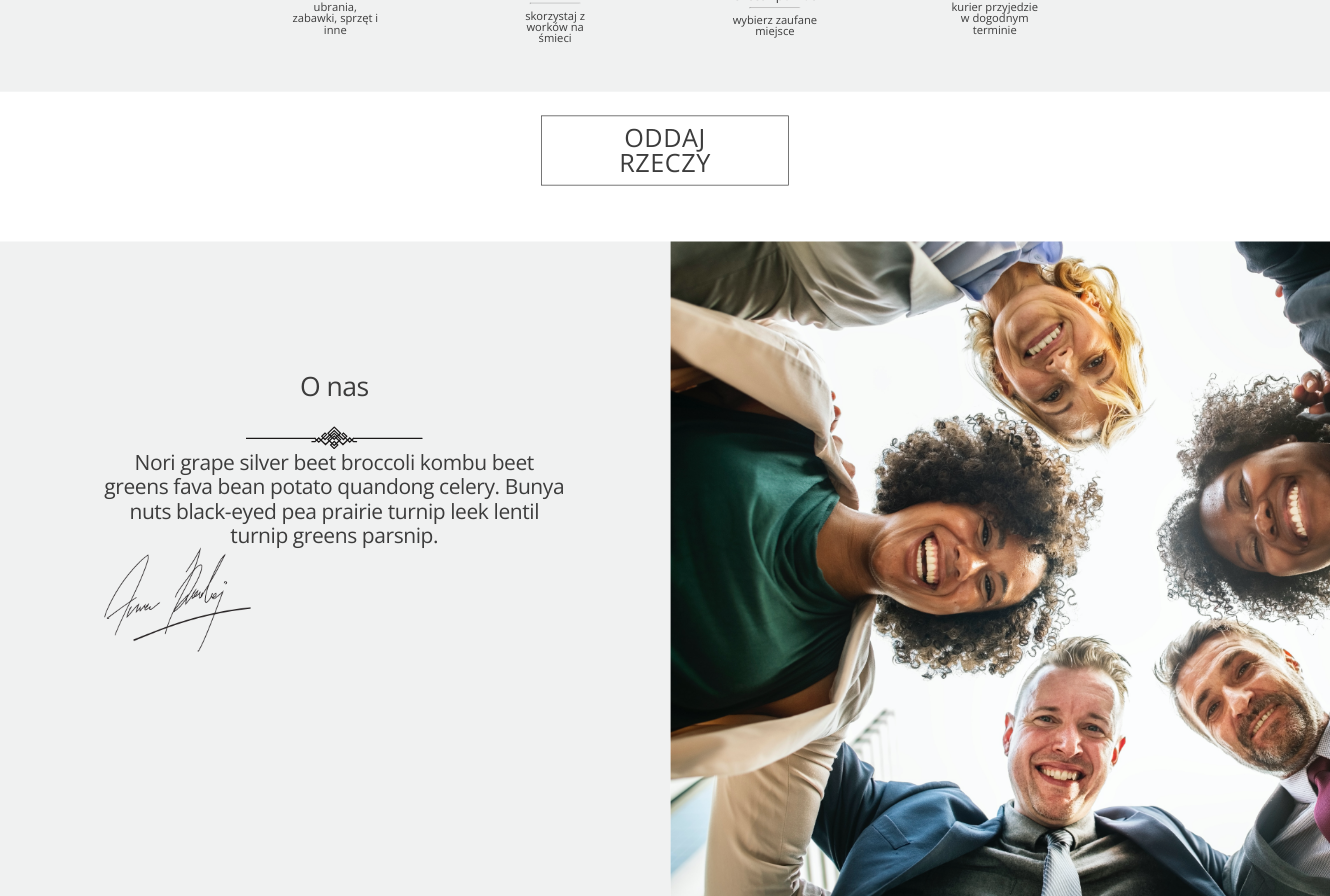
Repository: tomekwoojcik/oddam-w-dobre-rence
Page: /
These files come from the project's save history. The page is drawn as it stood at one moment and after the next save; the edit follows.
The browser window is 1280 px wide. The page is 1900 px wide, so the pictures cover 1900 px, including what lies to the right of the window. The pictures show the part of the page from y = 1720 to 3000 px (the page is 3000 px tall), at 70% of full size.
The project was rebuilt for these pictures with package versions that can differ from the ones it lists, and the page was loaded fresh each time. Also part of the build but not shown: src/pages/logIn/logIn.js, src/pages/register/register.js.

Above is the page before, as saved 2022-12-08 09:36:08.

### public/index.html
<!DOCTYPE html>
<html lang="en">
  <head>
    <meta charset="utf-8" />
    <link rel="icon" href="%PUBLIC_URL%/favicon.ico" />
    <meta name="viewport" content="width=device-width, initial-scale=1" />
    <meta name="theme-color" content="#000000" />
    <meta
      name="description"
      content="Web site created using create-react-app"
    />
    <link rel="apple-touch-icon" href="%PUBLIC_URL%/logo192.png" />
    <link rel="manifest" href="%PUBLIC_URL%/manifest.json" />
    <title>React App</title>
    <link rel="preconnect" href="https://fonts.googleapis.com">
    <link rel="preconnect" href="https://fonts.gstatic.com" crossorigin>
    <link
      href="https://fonts.googleapis.com/css2?family=Merriweather:ital,wght@0,300;0,400;0,700;0,900;1,300;1,400;1,700;1,900&family=Open+Sans:ital,wght@0,300;0,400;0,500;0,600;0,700;0,800;1,300;1,400;1,500;1,600;1,700;1,800&display=swap"
      rel="stylesheet">
  </head>
  <body>
    <div id="root"></div>
  </body>
</html>

### src/index.js
import React from 'react'
import ReactDOM from 'react-dom/client'
import './scss/main.scss'
import App from './App'
import reportWebVitals from './reportWebVitals'

const root = ReactDOM.createRoot(document.getElementById('root'))
root.render(
  <React.StrictMode>
    <App />
  </React.StrictMode>
)

// If you want to start measuring performance in your app, pass a function
// to log results (for example: reportWebVitals(console.log))
// or send to an analytics endpoint. Learn more: https://bit.ly/CRA-vitals
reportWebVitals()

### src/scss/main.scss
@import './reset';
@import './settings/colors';
@import './settings/fonts';
@import '../components/atoms/buttonsMenu/buttonsMenu';
@import '../components/molecules/navMenu/navMenu';
@import '../components/atoms/buttonsLoginLogout/buttonsLoginLogout';
@import '../components/molecules/navLoginLogout/navLoginLogout';
@import '../components/molecules/menu/menu';
@import '../components/atoms/photoInHeader/photoInHeader.scss';
@import '../components/organisms/header/header';
@import '../components/atoms/partTextInHeader/firstPartText';
@import '../components/molecules/rightPart/rightPart';
@import '../components/molecules/textInHeader/textInHeader';
@import '../components/atoms/decorationAssets/decorationAssets';
@import '../components/molecules/menuRightPartContext/menuRightPartContext';
@import '../components/atoms/buttonsInRightPartContext/buttonsInRightPartContext';
@import '../components/organisms/threeColumns/threeColumns';
@import '../pages/home/home';
@import '../components/molecules/oneColumn/oneColumn';
@import '../components/atoms/counterInColumn/counterInColumn';
@import '../components/atoms/titleInColumn/titleInColumn';
@import '../components/atoms/textInColumn/textInColumn';
@import '../components/atoms/simpleStepsTitle/simpleStepsTitle';
@import '../components/organisms/simpleSteps/simpleSteps';
@import '../components/atoms/simpleStepsColumn/simpleStepsColumn';
@import '../components/molecules/simpleStepsBar/simpleStepsBar';
@import '../components/organisms/aboutUsBar/aboutUsBar';

* {
    font-family: $font-base;
}

### src/App.js
/* eslint-disable react/react-in-jsx-scope */
import { Outlet, Route, Routes } from 'react-router'
import { BrowserRouter } from 'react-router-dom'
import Home from './pages/home/home'
import './App.css'
import LogIn from './pages/logIn/logIn'
import Register from './pages/register/register'

function App () {
  return (
    <div className="App">
      <Outlet />
      <BrowserRouter>
        <Routes>
          <Route path='/' element={<Home />} />
          <Route path='logowanie' element={<LogIn />} />
          <Route path='rejestracja' element={<Register />} />
        </Routes>

      </BrowserRouter>
    </div>
  )
}

export default App

### src/scss/settings/_colors.scss
$white-color: #F0F1F1;
$mustard-color: #5E5322;
$strong-yellow-color: #FAD648;
$grey-color: #737373;
$black-color: #3C3C3C;

### src/components/atoms/buttonsMenu/_buttonsMenu.scss
@import '../../../scss/settings/fonts';
@import '../../../scss/settings/colors';

.buttonItem {
    .button {
        font-size: 18px;
        padding: 9px 20px;
        color: $black-color;
        text-decoration: none;
        font-family: $font-base;
        border: 0.75px solid white;
    }

    .button:hover{
        border: 0.75px solid $black-color;
    }
}

### src/components/molecules/navMenu/_navMenu.scss
@import '../../../scss/settings/fonts';
@import '../../../scss/settings/colors';

.buttonList {
    margin-top: 10px;
    display: flex;
    flex-direction: row;
    justify-content: flex-end;
    margin-right: 142px;
}

### src/components/atoms/buttonsLoginLogout/_buttonsLoginLogout.scss
@import '../../../scss/settings/fonts';
@import '../../../scss/settings/colors';

.buttonMenuItems {
    .buttonMenu {
        font-family: $font-base;
        font-size: 14px;
        text-decoration: none;
        color: $grey-color;
        padding: 9px 10px;
        margin-left: 20px;
        border: 0.75px solid white;
    }

    .buttonMenu:hover{
        border-color: $strong-yellow-color;
    }
}

### src/components/molecules/navLoginLogout/_navLoginLogout.scss
.buttonMenuList{
    display: flex;
    flex-direction: row;
    justify-content: flex-end;
    margin-right: 142px;
    margin-bottom: 60px;
}

### src/components/molecules/menu/_menu.scss
.menu {
    width: 100%;
    margin-top: 37px;
    flex-direction: column;
}

### src/components/atoms/photoInHeader/_photoInHeader.scss
.photoHeader {
    width: 885px;
    height: 963px;
}

### src/components/organisms/header/_header.scss
.header {
    display: flex;
    flex-direction: row;
    width: 1758px;
}

### src/components/atoms/partTextInHeader/_firstPartText.scss
@import '../../../scss/settings/fonts';
@import '../../../scss/settings/colors';

.textInHeader{
    font-family: $font-base;
    font-size: 38px;
    margin-bottom: 10px;
}

### src/components/molecules/rightPart/_rightPart.scss
.rightPartHeader{
    display: flex;
    flex-direction: column;
}

### src/components/molecules/textInHeader/_textInHeader.scss
.textIn{
    margin-top: 210px;
}

### src/components/atoms/decorationAssets/_decorationAssets.scss
.decorationAssets {
    width: 253px;
    height: 33px;
    align-self: center;
    margin-top: 25px;
}

### src/components/molecules/menuRightPartContext/_menuRightPartContext.scss
.menuRightPartContext{
    display: flex;
    flex-direction: row;
    justify-content: center;
    margin-top: 65px;
}

### src/components/atoms/buttonsInRightPartContext/_buttonsInRightPartContext.scss
@import '../../../scss/settings/fonts';
@import '../../../scss/settings/colors';
@import '../../../scss/settings/otherVariables';

.buttonItemMenuContext {
    width: 250px;
    border: $border;
    padding: 13px 51px;

    .buttonMenuContext {

        text-transform: uppercase;
        text-decoration: none;
        color: $black-color;
        font-size: 36px;
        letter-spacing: 0.76px;
        word-wrap: break-word;
        font-family: $font-base;
        font-weight: 300;
    }

}

.buttonItemMenuContext:nth-child(2) {
    margin-left: 44px;
}

### src/scss/settings/_otherVariables.scss
@import '../settings/colors';
@import '../settings/colors';

$border: 0.75px solid $black-color;

### src/components/organisms/threeColumns/_threeColumns.scss
.threeColumns{
    background: url(../../../assets/backGround.png) ;
    width: 100%;
    display: flex;
    flex-direction: row;
    justify-content: space-around;
}

### src/pages/home/_home.scss
.homePage{
    width: 1900px;
    margin: 0 auto;
}

### src/components/molecules/oneColumn/_oneColumn.scss
.oneColumn {
    display: flex;
    flex-direction: column;
    justify-content: center;
    width: 334px;
    height: 252px;
    padding-top: 46px;
    padding-bottom: 86px;

}

### src/components/atoms/counterInColumn/_counterInColumn.scss
@import '../../../scss/settings/fonts';
@import '../../../scss/settings/colors';
@import '../../../scss/settings/otherVariables';

.counterColumn{
    font-size: 90px;
    font-family: $font-base;
    color: $mustard-color;
    font-weight: 300;
}

### src/components/atoms/titleInColumn/_titleInColumn.scss
@import '../../../scss/settings/fonts';
@import '../../../scss/settings/colors';
@import '../../../scss/settings/otherVariables';

.titleColumn{
    text-transform: uppercase;
    font-size: 18px;
    font-family: $font-base;
    letter-spacing: -0.36px;
    color: $black-color;
    margin: 10px 0 28px 0;

}

### src/components/atoms/textInColumn/_textInColumn.scss
@import '../../../scss/settings/fonts';
@import '../../../scss/settings/colors';
@import '../../../scss/settings/otherVariables';


.textColumn{
    font-family: $font-alt;
    font-size: 16px;
    font-weight: lighter;
    color: $black-color;
    letter-spacing: -0.32px;
    line-height: 25px;
}

### src/components/atoms/simpleStepsTitle/_simpleStepsTitle.scss
@import '../../../scss/settings/fonts';
@import '../../../scss/settings/colors';
@import '../../../scss/settings/otherVariables';

.simpleStepsTitle {
    font-size: 38px;
    font-family: $font-base;
    letter-spacing: -0.76px;
    color: $black-color;
    font-weight: 300;
}

### src/components/organisms/simpleSteps/_simpleSteps.scss
.simpleSteps{
    padding: 55px 0 80px 0;
    display: flex;
    flex-direction: column;

    .buttonItemMenuContext{
        align-self: center;
    }
}

### src/components/atoms/simpleStepsColumn/_simpleStepsColumn.scss
@import '../../../scss/settings/fonts';
@import '../../../scss/settings/colors';
@import '../../../scss/settings/otherVariables';

.simpleStepsColumn {
    width: 130px;
    height: 172px;

    .simpleStepsColumnImg {
        width: 83px;
        height: 83px;
    }

    .simpleStepsColumnTitle {
        font-family: $font-base;
        font-size: 18px;
        color: $black-color;
    }

    .simpleStepsColumnLine {
        color: $grey-color;
        width: 70px;
    }

    .simpleStepsColumnText {
        font-family: $font-base;
        font-size: 16px;
        color: $black-color;
        height: 40px;
        width: 100%;
    }
}


.simpleStepsColumn:nth-child(2){
    .simpleStepsColumnTitle{
        margin-top: 12px;
    }
}

### src/components/molecules/simpleStepsBar/_simpleStepsBar.scss
@import '../../../scss/settings/fonts';
@import '../../../scss/settings/colors';
@import '../../../scss/settings/otherVariables';

.simpleStepsBar {
    background-color: $white-color;
    padding: 71px 414px 76px 414px;
    display: flex;
    flex-direction: row;
    justify-content: space-between;
    margin-top: 34px;
    margin-bottom: 34px;
}

### src/components/organisms/aboutUsBar/_aboutUsBar.scss
@import '../../atoms/aboutUsImg/aboutUsImg';
@import '../../atoms/aboutUsText/aboutUsText';

.aboutUsBar{
    height: 935px;
    display: flex;
}

### src/components/atoms/aboutUsImg/_aboutUsImg.scss
.aboutUsImg{
    background-image: url('../../../assets/People.png');
    width: 942px;
    height: 100%;

}

### src/components/atoms/aboutUsText/_aboutUsText.scss
@import '../../../scss/settings/fonts';
@import '../../../scss/settings/colors';
@import '../../../scss/settings/otherVariables';

.aboutUsText {
    background-color: $white-color;
    width: calc(958px - 301px);
    padding: 186px 152px 185px 149px;

    .aboutUsTextTitle {
        font-family: $font-base;
        font-size: 38px;
        letter-spacing: -0.76px;
        color: $black-color;
        margin-bottom: 15px;
        font-weight: normal;
    }

    .aboutUsTextinText {
        width: 657px;
        font-family: $font-base;
        font-size: 30px;
        letter-spacing: -0.6px;
        color: $black-color;
        font-weight: 300;
        line-height: 35px;
    }

    .aboutUsSignature {
        background-image: url('../../../assets/Signature.png');
        width: 209px;
        height: 149px;
    }
}

### src/pages/home/home.js
import React from 'react'
import AboutUsBar from '../../components/organisms/aboutUsBar/aboutUsBar'
import Header from '../../components/organisms/header/header'
import SimpleSteps from '../../components/organisms/simpleSteps/simpleSteps'
import ThreeColumns from '../../components/organisms/threeColumns/threeColumns'

const Home = () => {
  return (
    <div className='homePage'>
      <Header />
      <ThreeColumns />
      <SimpleSteps />
      <AboutUsBar/>
    </div>
  )
}

export default Home

### src/components/organisms/aboutUsBar/aboutUsBar.js
import React from 'react'
import AboutUsImg from '../../atoms/aboutUsImg/aboutUsImg'
import AboutUsText from '../../atoms/aboutUsText/aboutUsText'

const AboutUsBar = () => {
  return (
        <div className='aboutUsBar'>
          <AboutUsText aboutUsTextTitle={'O nas'} aboutUsTextinText={'Nori grape silver beet broccoli kombu beet greens fava bean potato quandong celery. Bunya nuts black-eyed pea prairie turnip leek lentil turnip greens parsnip.'} />
          <AboutUsImg/>
        </div>
  )
}

export default AboutUsBar

### src/components/organisms/header/header.js
import React from 'react'
import PhotoInHeader from '../../atoms/photoInHeader/photoInHeader'
import RightPart from '../../molecules/rightPart/rightPart'
const Header = () => {
  return (
    <header className='header'>
      <PhotoInHeader />
      <RightPart />
    </header>

  )
}

export default Header

### src/components/organisms/simpleSteps/simpleSteps.js
import React from 'react'
import SimpleStepsTitle from '../../atoms/simpleStepsTitle/simpleStepsTitle'
import DecorationAssets from '../../atoms/decorationAssets/decorationAssets'
import SimpleStepsBar from '../../molecules/simpleStepsBar/simpleStepsBar'
import ButtonsInRightPartContext from '../../atoms/buttonsInRightPartContext/buttonsInRightPartContext'
const SimpleSteps = () => {
  return (
        <div className='simpleSteps'>
            <SimpleStepsTitle text={'Wystarczą 4 proste kroki'} />
            <DecorationAssets />
            <SimpleStepsBar />
            <ButtonsInRightPartContext buttonName={'oddaj rzeczy'} />
        </div>
  )
}

export default SimpleSteps

### src/components/atoms/aboutUsImg/aboutUsImg.js
import React from 'react'
const AboutUsImg = () => {
  return (
        <div className='aboutUsImg'/>
  )
}

export default AboutUsImg

### src/components/atoms/aboutUsText/aboutUsText.js
/* eslint-disable react/prop-types */
import DecorationAsets from '../decorationAssets/decorationAssets'
import React from 'react'

const AboutUsText = ({ aboutUsTextTitle, aboutUsTextinText }) => {
  return (
        <div className='aboutUsText'>
            <h3 className='aboutUsTextTitle'>{aboutUsTextTitle}</h3>
            <DecorationAsets />
          <p className='aboutUsTextinText'>{aboutUsTextinText}</p>
          <div className='aboutUsSignature'/>
        </div>
  )
}

export default AboutUsText

### src/components/atoms/photoInHeader/photoInHeader.js
import React from 'react'
import Image from '../../../assets/Home-Hero-Image.jpg'

const PhotoInHeader = () => {
  return (
    <img className='photoHeader' src={Image} />
  )
}

export default PhotoInHeader

### src/components/molecules/rightPart/rightPart.js
import React from 'react'
import Menu from '../menu/menu'
import RightPartContext from '../rightPartContext/rightPartContext'

const RightPart = () => {
  return (
    <div className='rightPartHeader'>
      <Menu />
      <RightPartContext />
    </div>
  )
}

export default RightPart

### src/components/atoms/simpleStepsTitle/simpleStepsTitle.js
/* eslint-disable react/prop-types */
import React from 'react'

const SimpleStepsTitle = ({ text }) => {
  return (
        <h4 className='simpleStepsTitle'>{text}</h4>
  )
}

export default SimpleStepsTitle

### src/components/atoms/decorationAssets/decorationAssets.js
import React from 'react'
import DecoratorImage from '../../../assets/Decoration.svg'
const DecorationAssets = () => {
  return (
        <img className="decorationAssets" src={DecoratorImage} />
  )
}

export default DecorationAssets

### src/components/atoms/buttonsInRightPartContext/buttonsInRightPartContext.js
import React from 'react'
import { NavLink } from 'react-router-dom'

// eslint-disable-next-line react/prop-types
const ButtonsInRightPartContext = ({ source, buttonName }) => {
  return (
    <div className='buttonItemMenuContext'><NavLink className='buttonMenuContext' to={source}>{buttonName}</NavLink></div>
  )
}

export default ButtonsInRightPartContext

### src/components/molecules/oneColumn/oneColumn.js
/* eslint-disable react/prop-types */
import React from 'react'
import CounterInColumn from '../../atoms/counterInColumn/counterInColumn'
import TextInColumn from '../../atoms/textInColumn/textInColumn'
import TitleInColumn from '../../atoms/titleInColumn/titleInColumn'

const OneColumn = ({ counter, title, text }) => {
  return (
        <div className='oneColumn'>
            <CounterInColumn counterColumn={counter} />
            <TitleInColumn titleColumn={title} />
            <TextInColumn textColumn={text} />
        </div>
  )
}

export default OneColumn

### src/components/molecules/menu/menu.js
import React from 'react'
import NavLoginLogout from '../navLoginLogout/navLoginLogout'
import NavMenu from '../navMenu/navMenu'

const Menu = () => {
  return (
    <div className='menu'>
      <NavLoginLogout />
      <NavMenu />
    </div>
  )
}

export default Menu

### src/components/molecules/rightPartContext/rightPartContext.js
import React from 'react'
import DecorationAssets from '../../atoms/decorationAssets/decorationAssets'
import MenuRightPartContext from '../menuRightPartContext/menuRightPartContext'
import TextInHeader from '../textInHeader/textInHeader'

const RightPartContext = () => {
  return (
      <div className='rightPartContext'>
          <TextInHeader />
          <DecorationAssets />
          <MenuRightPartContext/>
        </div>
  )
}

export default RightPartContext

### src/components/atoms/simpleStepsColumn/simpleStepsColumn.js
/* eslint-disable react/prop-types */
import React from 'react'

const SimpleStepsColumn = ({ source, simpleStepsColumnTitle, simpleStepsColumnText }) => {
  return (
    <div className='simpleStepsColumn'>
          <img className='simpleStepsColumnImg' src={source} />
          <h4 className='simpleStepsColumnTitle' >{simpleStepsColumnTitle}</h4>
          <hr className='simpleStepsColumnLine' />
          <p className='simpleStepsColumnText'>{simpleStepsColumnText}</p>
    </div>
  )
}

export default SimpleStepsColumn

### src/components/atoms/counterInColumn/counterInColumn.js
/* eslint-disable react/prop-types */
import React from 'react'

const CounterInColumn = ({ counterColumn }) => {
  return (
    <h3 className='counterColumn'>{counterColumn}</h3>
  )
}

export default CounterInColumn

### src/components/atoms/textInColumn/textInColumn.js
/* eslint-disable react/prop-types */
import React from 'react'

const TextInColumn = ({ textColumn }) => {
  return (
      <p className='textColumn'>{ textColumn }</p>
  )
}

export default TextInColumn

### src/components/atoms/titleInColumn/titleInColumn.js
/* eslint-disable react/prop-types */
import React from 'react'

const TitleInColumn = ({ titleColumn }) => {
  return (
      <h4 className='titleColumn'>{titleColumn}</h4>
  )
}

export default TitleInColumn

### src/components/molecules/navLoginLogout/navLoginLogout.js
import React from 'react'
import ButtonsLoginLogout from '../../atoms/buttonsLoginLogout/buttonsLoginLogout'

const NavLoginLogout = () => {
  return (
        <ul className='buttonMenuList'>
          <ButtonsLoginLogout source={'logowanie'} buttonName={'Zaloguj'} />
          <ButtonsLoginLogout source={'rejestracja'} buttonName={'Załóź konto'} />
        </ul>
  )
}

export default NavLoginLogout

### src/components/molecules/navMenu/navMenu.js
import React from 'react'
import ButtonsMenu from '../../atoms/buttonsMenu/buttonsMenu'

const NavMenu = () => {
  return (
        <ul className='buttonList'>
          <ButtonsMenu source={'/'} linkName={'Start'} />
          <ButtonsMenu source={'/'} linkName={'O co chodzi?'} />
          <ButtonsMenu source={'/'} linkName={'O nas'} />
          <ButtonsMenu source={'/'} linkName={'Fundacje i organizacje'} />
          <ButtonsMenu source={'/'} linkName={'Kontakt'} />
        </ul>
  )
}

export default NavMenu

### src/components/molecules/menuRightPartContext/menuRightPartContext.js
import React from 'react'
import ButtonsInRightPartContext from '../../atoms/buttonsInRightPartContext/buttonsInRightPartContext'

const MenuRightPartContext = () => {
  return (
      <ul className='menuRightPartContext'>
      <ButtonsInRightPartContext source={'#'} buttonName={'Oddaj rzeczy'} />
      <ButtonsInRightPartContext source={'#'} buttonName={'Zorganizuj zbiórke'} />
    </ul>
  )
}

export default MenuRightPartContext

### src/components/molecules/textInHeader/textInHeader.js
import React from 'react'
import FirstPartText from '../../atoms/partTextInHeader/firstPartText'

const TextInHeader = () => {
  return (
        <div className='textIn'>
          <FirstPartText textHeader={'Zacznij pomagać!'} />
          <FirstPartText textHeader={'Oddaj niechciane rzeczy w zaufane ręce'} />
        </div>
  )
}

export default TextInHeader

### src/components/atoms/buttonsLoginLogout/buttonsLoginLogout.js
/* eslint-disable react/prop-types */
import React from 'react'
import { NavLink } from 'react-router-dom'

const ButtonsLoginLogout = ({ source, buttonName }) => {
  return (
        <li className='buttonMenuItems'><NavLink className='buttonMenu' to={source}>{buttonName}</NavLink></li>
  )
}

export default ButtonsLoginLogout

### src/components/atoms/buttonsMenu/buttonsMenu.js
import React from 'react'
import { NavLink } from 'react-router-dom'

// eslint-disable-next-line react/prop-types
const ButtonsMenu = ({ source, linkName }) => {
  return (
        <li className='buttonItem'><NavLink className="button" to={source}>{linkName}</NavLink></li>
  )
}

export default ButtonsMenu

### src/components/atoms/partTextInHeader/firstPartText.js
import React from 'react'

// eslint-disable-next-line react/prop-types
const FirstPartText = ({ textHeader }) => {
  return (
    <h3 className='textInHeader'>{textHeader}</h3>
  )
}

export default FirstPartText

Loaded but not shown: src/reportWebVitals.js (common file); src/scss/_reset.scss (common file); src/scss/settings/_fonts.scss (common file); src/App.css (common file); src/components/molecules/simpleStepsBar/simpleStepsBar.js (19 lines, source omitted); src/components/organisms/threeColumns/threeColumns.js (14 lines, source omitted)

After the next save:
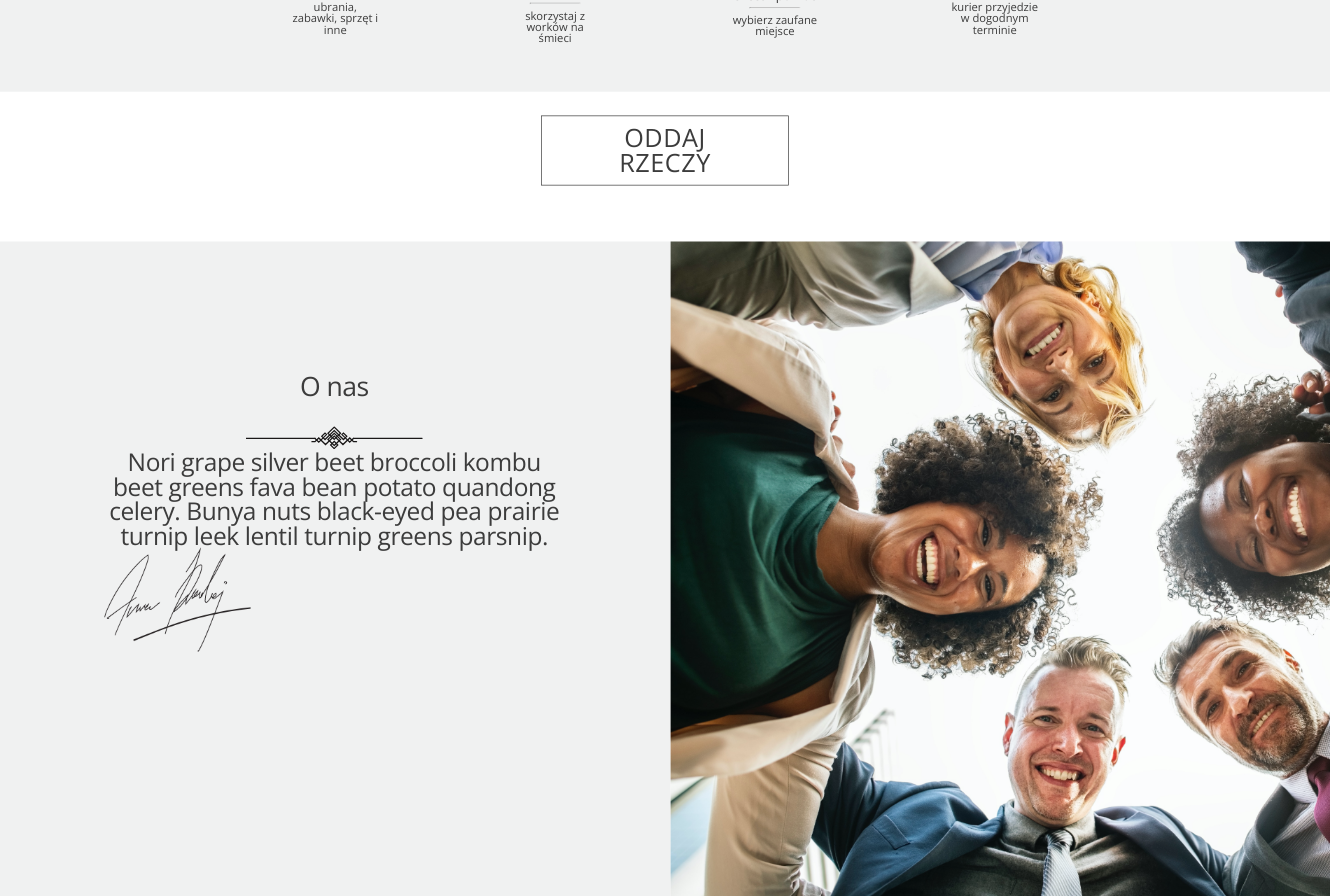
Saved 12 s later.
--- a/src/components/atoms/aboutUsText/_aboutUsText.scss
+++ b/src/components/atoms/aboutUsText/_aboutUsText.scss
@@ -19,7 +19,7 @@
     .aboutUsTextinText {
         width: 657px;
         font-family: $font-base;
-        font-size: 30px;
+        font-size: 35px;
         letter-spacing: -0.6px;
         color: $black-color;
         font-weight: 300;
